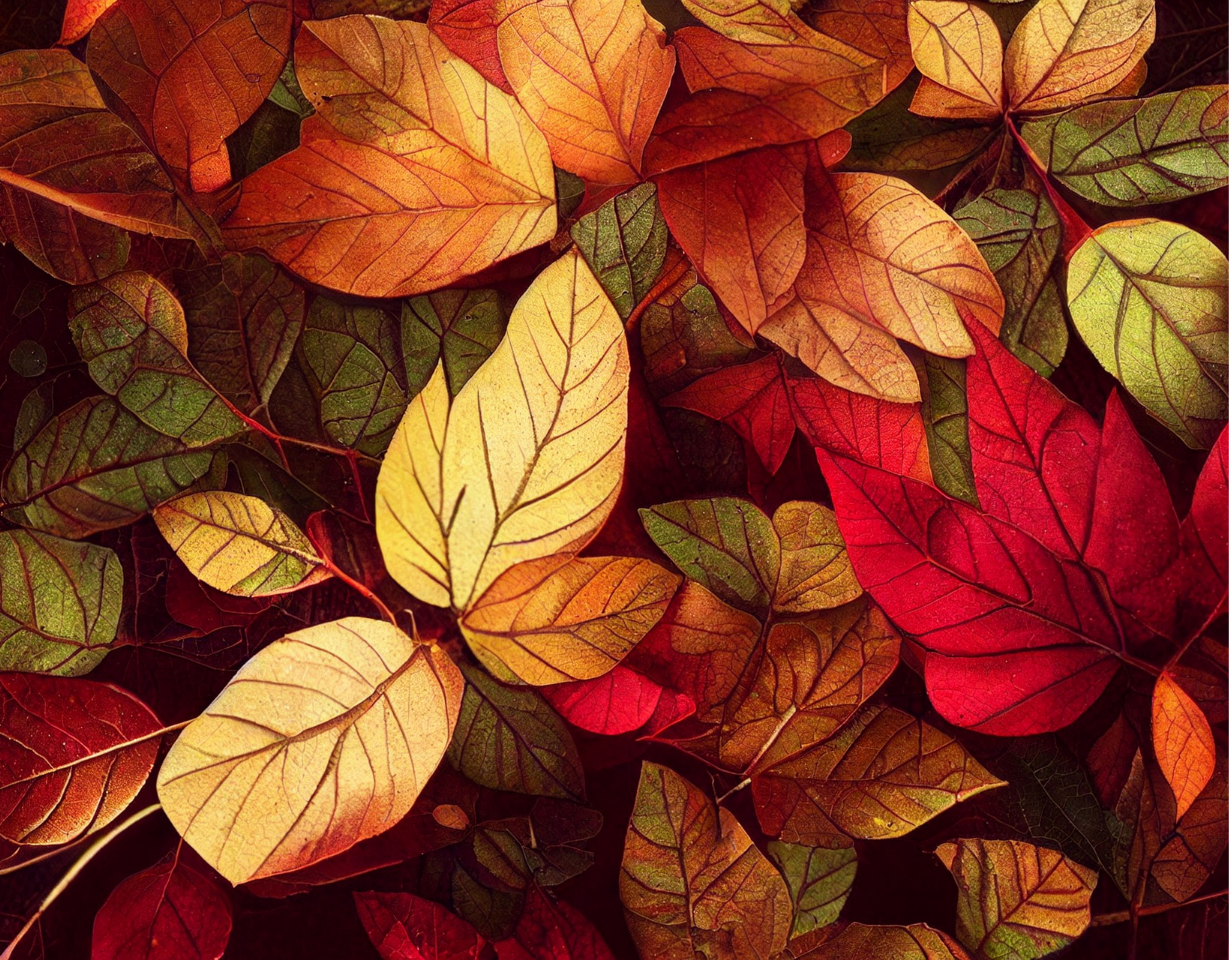
Repository: hcozyph/TranHuuPhuoc_BC43_BT_JS_Buoi7_8_ARRAY
Page: index.html
The author's editor kept a copy of each file at every save. The page is drawn from the files as they stood at one save, then again after the next save.
The browser window is 1280 px wide. The pictures show the whole page, at 96% of full size.

Above is the page before, as saved 2023-02-20 21:07:15.

### index.html
<!DOCTYPE html>
<html lang="en">
    <head>
        <title>BT Array</title>
        <!-- Required meta tags -->
        <meta charset="utf-8" />
        <meta
            name="viewport"
            content="width=device-width, initial-scale=1, shrink-to-fit=no"
        />

        <!-- Bootstrap CSS v5.2.1 -->
        <link
            href="https://cdn.jsdelivr.net/npm/bootstrap@5.2.1/dist/css/bootstrap.min.css"
            rel="stylesheet"
            integrity="sha384-iYQeCzEYFbKjA/T2uDLTpkwGzCiq6soy8tYaI1GyVh/UjpbCx/TYkiZhlZB6+fzT"
            crossorigin="anonymous"
        />

        <!-- index.css -->
        <link rel="stylesheet" href="./css/index.css" />
    </head>

    <body>
        <div class="container">
            <div class="bt-array-title">
                <!-- <h1 class="text-center mt-0 pt-0">BÀI TẬP ARRAY</h1> -->
            </div>

            <div class="bt-array-content">
                <div class="bt1"></div>
            </div>
        </div>

        <!-- Bootstrap JavaScript Libraries -->
        <script
            src="https://cdn.jsdelivr.net/npm/@popperjs/core@2.11.6/dist/umd/popper.min.js"
            integrity="sha384-oBqDVmMz9ATKxIep9tiCxS/Z9fNfEXiDAYTujMAeBAsjFuCZSmKbSSUnQlmh/jp3"
            crossorigin="anonymous"
        ></script>

        <script
            src="https://cdn.jsdelivr.net/npm/bootstrap@5.2.1/dist/js/bootstrap.min.js"
            integrity="sha384-7VPbUDkoPSGFnVtYi0QogXtr74QeVeeIs99Qfg5YCF+TidwNdjvaKZX19NZ/e6oz"
            crossorigin="anonymous"
        ></script>

        <!-- method.js -->
        <link rel="stylesheet" href="./js/method.js" />

        <!-- index.js -->
        <script src="./js/index.js"></script>
    </body>
</html>

### css/index.css
* {
    margin: 0;
    padding: 0;
    box-sizing: border-box;
}

.container {
    margin: 0 auto;
    max-width: 1440px;

    background-image: url(../img/1.jpg);
    background-size: cover;
    background-position: center;
    background-repeat: no-repeat;

    height: 1000px;
}

.bt-array-title {
    font-size: 40px;
    font-weight: 700;
}

/* .bt-array-content {
} */

Loaded but not shown: js/index.js (no copy from this time; the picture is the same without it); js/method.js (no stored copy; drawn as an empty file)

After the next save:
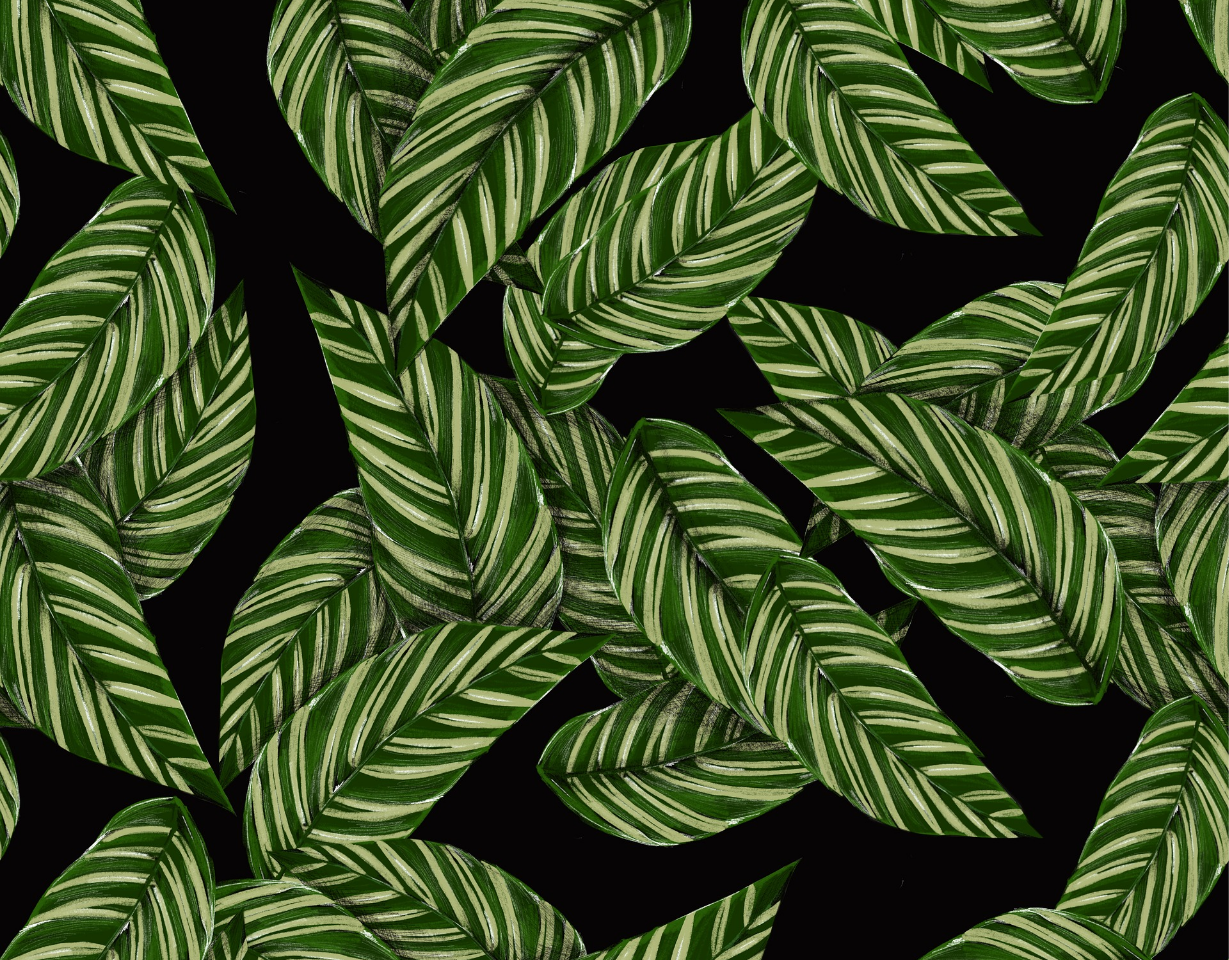
Saved 9 min 30 s later.
--- a/css/index.css
+++ b/css/index.css
@@ -8,7 +8,7 @@
     margin: 0 auto;
     max-width: 1440px;
 
-    background-image: url(../img/1.jpg);
+    background-image: url(../img/2.jpg);
     background-size: cover;
     background-position: center;
     background-repeat: no-repeat;
